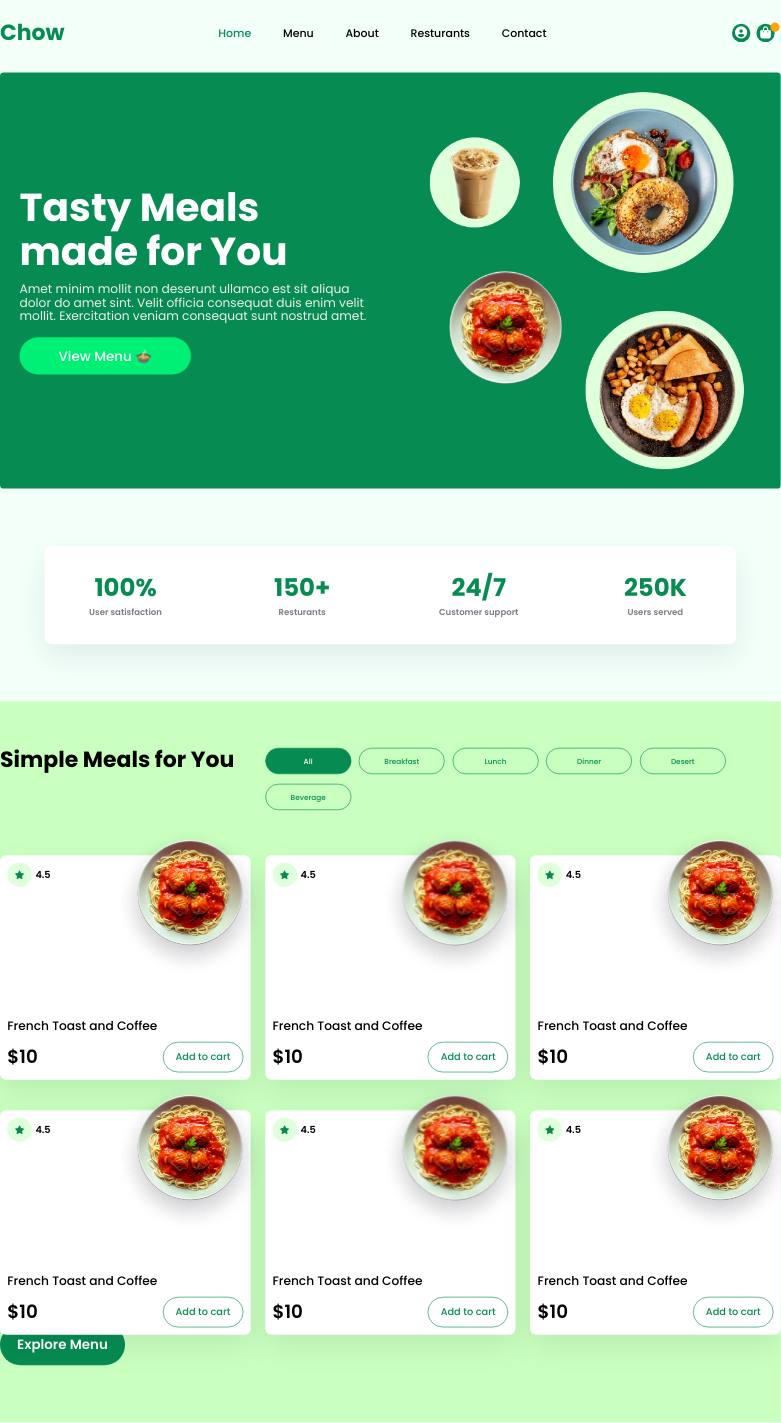
Repository: nguyennam1029/balbal
Page: index.html
The author's editor kept a copy of each file at every save. The page is drawn from the files as they stood at one save, then again after the next save.
The browser window is 1280 px wide. The pictures show the whole page, at 61% of full size.
Some web libraries are served in a nearby version.

Above is the page before, as saved 2022-07-06 17:43:16.

After the next save:
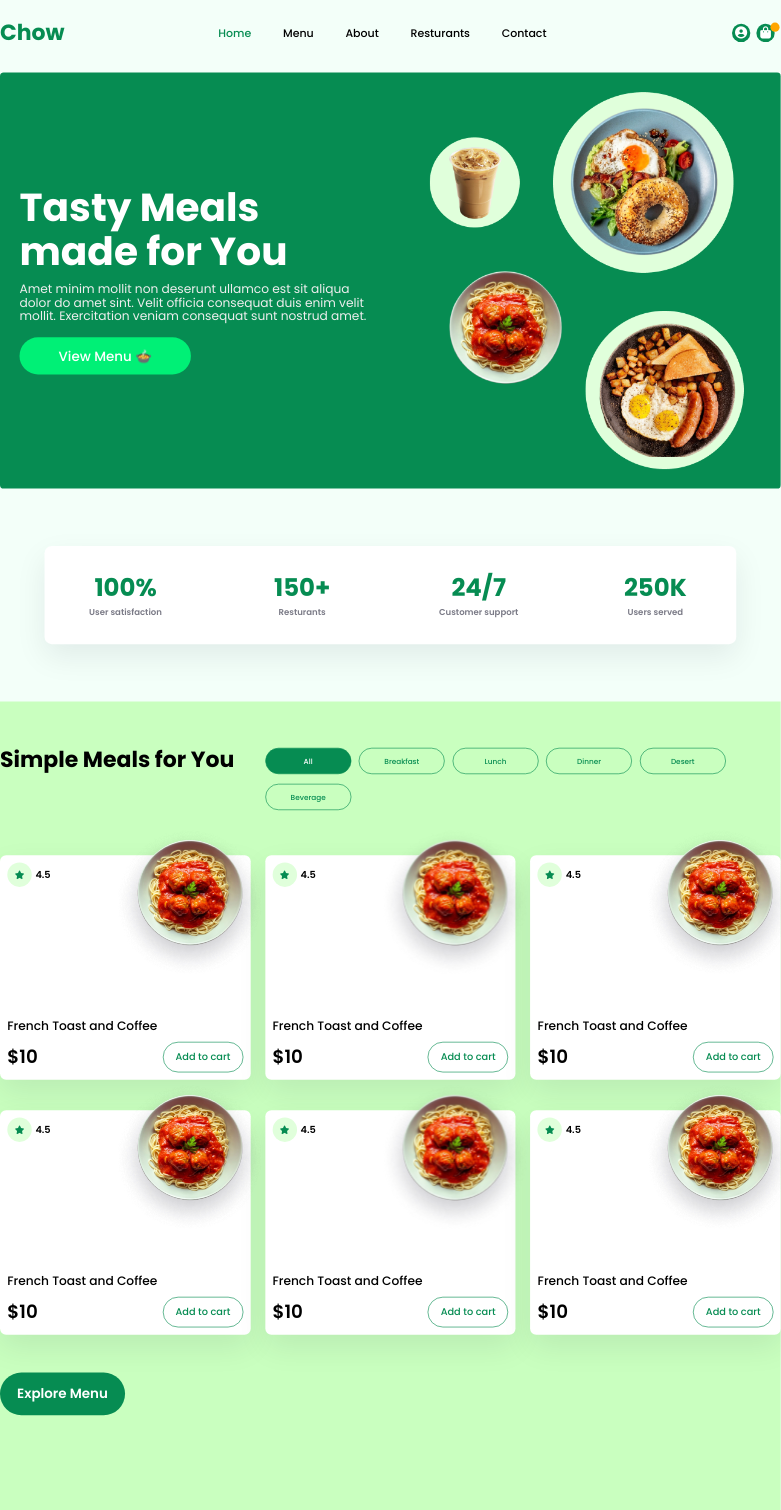
Saved 14 s later.
--- a/css/style.css
+++ b/css/style.css
@@ -390,4 +390,5 @@ ul {
     padding      : 18px 28px;
     background   : #068C52;
     border-radius: 50px;
-}
+    display      : inline-block;
+}
